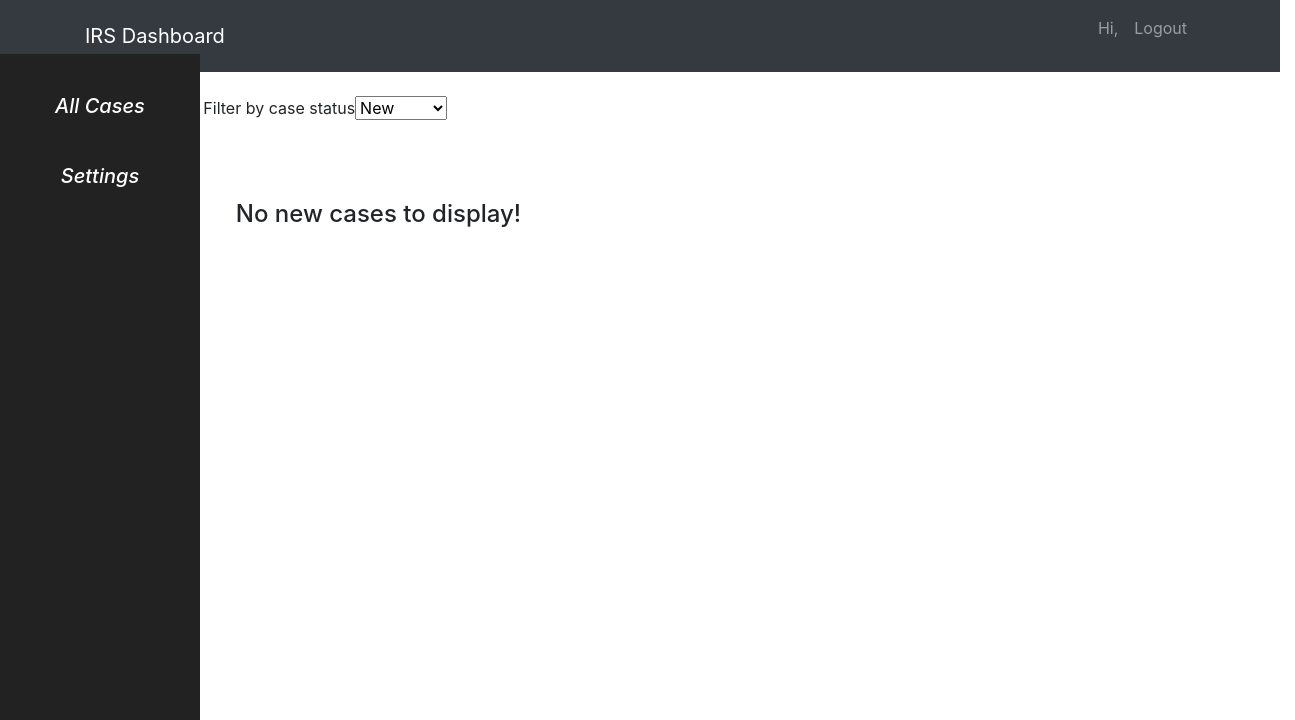
Repository: greeshmavyas/IRS_CS
Page: /AgentDashboard (app in AgentManagement/Frontend/)
An editor plug-in stored every save of this project. The page is shown before and after the next save, followed by the edit.
The browser window is 1280 px wide. The page is 1295 px wide, so the pictures cover 1295 px, including what lies to the right of the window. The pictures show the whole page.
The page's requests for data from a server got no answer. Some web libraries are served in a nearby version. The project was rebuilt for these pictures with package versions that can differ from the ones it lists, and the page was loaded fresh each time. No one was signed in, and anything a server would have sent is missing. Also part of the build but not shown: AgentManagement/Frontend/src/components/NavbarLogin.js, AgentManagement/Frontend/src/components/login.js, AgentManagement/Frontend/src/components/Settings.js, AgentManagement/frontend/src/App.css.

Above is the page before, as saved 2020-10-27 01:54:31.

### AgentManagement/frontend/public/index.html
<!DOCTYPE html>
<html lang="en">
  <head>
    <meta charset="utf-8" />
    <link rel="icon" href="%PUBLIC_URL%/favicon.ico" />
    <meta name="viewport" content="width=device-width, initial-scale=1" />
    <meta name="theme-color" content="#000000" />
    <meta
      name="description"
      content="Web site created using create-react-app"
    />
    <link rel="apple-touch-icon" href="%PUBLIC_URL%/logo192.png" />
    <!--
      manifest.json provides metadata used when your web app is installed on a
      user's mobile device or desktop. See https://developers.google.com/web/fundamentals/web-app-manifest/
    -->
    <link rel="manifest" href="%PUBLIC_URL%/manifest.json" />
    <link rel="stylesheet" href="https://stackpath.bootstrapcdn.com/bootstrap/4.4.1/css/bootstrap.min.css"
      integrity="sha384-Vkoo8x4CGsO3+Hhxv8T/Q5PaXtkKtu6ug5TOeNV6gBiFeWPGFN9MuhOf23Q9Ifjh" crossorigin="anonymous">
    <script src="https://kit.fontawesome.com/db1fc867ad.js" crossorigin="anonymous"></script>
    <!--
      Notice the use of %PUBLIC_URL% in the tags above.
      It will be replaced with the URL of the `public` folder during the build.
      Only files inside the `public` folder can be referenced from the HTML.

      Unlike "/favicon.ico" or "favicon.ico", "%PUBLIC_URL%/favicon.ico" will
      work correctly both with client-side routing and a non-root public URL.
      Learn how to configure a non-root public URL by running `npm run build`.
    -->
    <title>React App</title>
  </head>
  <body>
    <noscript>You need to enable JavaScript to run this app.</noscript>
    <div id="root"></div>
    <script src="https://code.jquery.com/jquery-3.4.1.slim.min.js"
      integrity="sha384-J6qa4849blE2+poT4WnyKhv5vZF5SrPo0iEjwBvKU7imGFAV0wwj1yYfoRSJoZ+n" crossorigin="anonymous"></script>
    <script src="https://cdn.jsdelivr.net/npm/popper.js@1.16.0/dist/umd/popper.min.js"
      integrity="sha384-Q6E9RHvbIyZFJoft+2mJbHaEWldlvI9IOYy5n3zV9zzTtmI3UksdQRVvoxMfooAo" crossorigin="anonymous"></script>
    <script src="https://stackpath.bootstrapcdn.com/bootstrap/4.4.1/js/bootstrap.min.js"
      integrity="sha384-wfSDF2E50Y2D1uUdj0O3uMBJnjuUD4Ih7YwaYd1iqfktj0Uod8GCExl3Og8ifwB6" crossorigin="anonymous"></script>
    <!--
      This HTML file is a template.
      If you open it directly in the browser, you will see an empty page.

      You can add webfonts, meta tags, or analytics to this file.
      The build step will place the bundled scripts into the <body> tag.

      To begin the development, run `npm start` or `yarn start`.
      To create a production bundle, use `npm run build` or `yarn build`.
    -->
  </body>
</html>

### AgentManagement/Frontend/src/App.js
import React from 'react';
import { BrowserRouter } from 'react-router-dom';
import Main from "./Main"
import './App.css';

function App() {
  return (
    <div>
      <BrowserRouter>
        <Main />
      </BrowserRouter>
    </div>
  );
}

export default App;

### AgentManagement/Frontend/src/Main.js
import React, { Component } from 'react';
import { Route } from 'react-router-dom';
import login from './components/login';
import Dashboard from './components/Dashboard';
import Settings from './components/Settings';

 class Main extends Component {
    render() {
        return (
          <div>
            <Route exact path="/" component={login} />
            <Route exact path="/AgentDashboard" component={Dashboard} />
            <Route exact path="/settings" component={Settings} />
          </div>
        );
    }
}

export default Main;

### AgentManagement/Frontend/src/components/Dashboard.js
import React, { Component } from 'react';
import axios from "axios";
import NavbarDash from "./NavbarDash";
import { Modal, ModalHeader, ModalBody, ModalFooter } from "reactstrap";
import Sidebar from './Sidebar'
import config from '../config/settings'
import Card from 'react-bootstrap/Card'
import Dropdown from 'react-bootstrap/Dropdown'


class Dashboard extends Component {
  constructor() {
    super();
    this.state = {
      allCases: {},
      viewcase: null,
      modal: false,
      mstatus: "open",
      flag: false
    };

  }

  showModal = () => {
    console.log("hello");
    this.setState({
      modal: !this.state.modal,
    });
  };
  showModal1 = (viewcase) => {
    console.log("hello1");
    this.setState({
      modal: !this.state.modal,
      viewcase: viewcase,
    });
  };

  handleStatusChange = (modalstatus) => {
    this.setState({
      mstatus: modalstatus
    })
  }

  async componentDidMount() {
    console.log("in get all cases frontend")

    let agentID = localStorage.getItem("agentID");
    let organisationID = localStorage.getItem("organisationID")

    axios.defaults.withCredentials = true;
    let data = {
      agentID: agentID,
      organisationID: organisationID
    };
    console.log("data is..")
    console.log(data);

    axios({
      method: 'get',
      url: 'http://' + config.hostname + ':' + config.backendPort + '/getCases',
      params: data,
    })
      .then((response) => {
        console.log("response from getCases")
        console.log(response)

        if (response.status === 200) {
          let receivedCases = response.data.cases;
          console.log("received cases")
          console.log(response.data.cases)
          if (receivedCases) {
            this.setState({ allCases: receivedCases, flag: true });
          } else {
            this.setState({ allCases: {} });
          }
        }
        else {
          this.setState({ allCases: {} });
        }

      })
      .catch(error => {
        console.log(error);
        this.setState({ allCases: {} })
      })
  }

  render() {
    const closeBtn = (
      <button className="close" onClick={() => this.showModal()}>
        &times;
       </button>
    );
    var casedetails;
    if (this.state.flag) {
      casedetails = this.state.allCases.map((ticket) => {
        return (
          <div>
            <div onClick={() => this.showModal1(ticket)} >
              <Card>
                <Card.Body>
                  <table>
                    <tbody >
                      <tr >
                        <td style={{ width: '10rem' }}> ID: {ticket.CaseID}</td>
                        <td style={{ width: '15rem' }}>Status: {ticket.Status}</td>
                        <td style={{ width: '50rem' }}>{ticket.Information} </td>
                      </tr>
                    </tbody>
                  </table>
                </Card.Body>
              </Card>
            </div>
          </div>
        );
      });
    }
    return (
      <div>
        <NavbarDash />
        <div className="row">
          <div className="col-2">
            <Sidebar />
          </div>

          <form action="/action_page.php">
            <label for="filters">Filter by case status</label>
              <select name="status" id="status">
                <option value="New">New</option>
                <option value="Open">Open</option>
                <option value="Resolved">Resolved</option>
                <option value="Pending">Pending</option>
              </select>
            <br></br>
          </form>

          <div className="container col-9">
          {this.state.allCases.length > 0 ? (
              <div className="col-10">
                {casedetails}
                {this.state.viewcase != null ? (
                  <Modal
                    isOpen={this.state.modal}
                    toggle={() => this.showModal()}
                    className="modal-popup-lg"
                    scrollable
                  >
                    <ModalHeader
                      toggle={() => this.showModal()}
                      close={closeBtn}
                    >
                      Case Details
                   </ModalHeader>
                    <ModalBody className="modal-body">
                      <div className=" row form-group">
                        <p className="font-weight col-7">
                          Information : {this.state.viewcase.Information}
                        </p>
                        <div className="col-3">
                          <button class="btn btn-success dropdown-toggle" type="button" id="dropdownMenuButton" data-toggle="dropdown" aria-haspopup="true" aria-expanded="false">
                            {this.state.mstatus}</button>
                          <div class="dropdown-menu" aria-labelledby="dropdownMenuButton">
                            <button onClick={() => this.handleStatusChange("Working")} class="dropdown-item" >Working</button>
                            <button onClick={() => this.handleStatusChange("Resolved")} class="dropdown-item" >Resolved</button>
                            <button onClick={() => this.handleStatusChange("Postponed")} class="dropdown-item" >Postponed</button>
                          </div>
                        </div>
                      </div>
                      <div className="form-group">
                        <p className="font-weight-bold">
                          Resolution Comments : {this.state.viewcase.ResolutionComments}
                        </p>

                      </div>

                    </ModalBody>
                    <ModalFooter>
                    </ModalFooter>
                  </Modal>
                ) : null}
              </div>
            ) : (
                <div>
                  <h4 style={{ margin: "3em" }}>No new cases to display!</h4>
                </div>
              )}
          </div>

        </div>
      </div>
    );
  }
}

export default Dashboard;

### AgentManagement/Frontend/src/config/settings.js
module.exports = {
    "hostname": "localhost",
    "backendPort": 3001,
    'frontendHostName': 'localhost',
    'frontendPort': 3000,
};

### AgentManagement/Frontend/src/components/NavbarDash.js
import React, { Component } from 'react';

class NavbarDash extends Component {

  handleLogout = () => {
    window.localStorage.clear();
  };

  render() {
    return (
      <nav className="navbar navbar-expand-sm navbar-dark bg-dark mb-4">
        <div className="container">
          <a className="navbar-brand" href="/AgentDashboard">
            IRS Dashboard
          </a>
          <button
            className="navbar-toggler"
            type="button"
            data-toggle="collapse"
            data-target="#mobile-nav"
          >
            <span className="navbar-toggler-icon"></span>
          </button>

          <div className="collapse navbar-collapse" id="mobile-nav">

            <ul className="navbar-nav ml-auto">
              <li className="nav-item">
                <p className="nav-link" >
                  Hi, {localStorage.getItem("firstname")}
                </p>
              </li>
              <li className="nav-item">
                <a className="nav-link" href="/" onClick={this.handleLogout}>
                  Logout
                </a>
              </li>
            </ul>
          </div>
        </div>
      </nav>
    );
  }
}

export default NavbarDash;

### AgentManagement/Frontend/src/components/Sidebar.js
import React from 'react';
import styled from 'styled-components';
import { BrowserRouter as Router, Route, Link, withRouter } from "react-router-dom";

const StyledSideNav = styled.div`
    position: fixed;     /* Fixed Sidebar (stay in place on scroll and position relative to viewport) */
    height: 100%;
    width: 200px;     /* Set the width of the sidebar */
    z-index: 1;      /* Stay on top of everything */
    top: 3.4em;      /* Stay at the top */
    background-color: #222; /* Black */
    overflow-x: hidden;     /* Disable horizontal scroll */
    padding-top: 40px;
    font-style: oblique;
`;

class SideNav extends React.Component {
    constructor(props) {
        super(props);
        this.state = {
            activePath: props.location.pathname,
            items: [
                {
                  path: '/dashboard', /* path is used as id to check which NavItem is active basically */
                  name: 'All Cases',
                  key: 1 /* Key is required, else console throws error. Does this please you Mr. Browser?! */
                },
                {
                    path: '/Settings',
                    name: 'Settings',
                    key: 2
                  },
              ]
        }
    }

    onItemClick = (path) => {
        this.setState({ activePath: path });
    }

    render() {
        const { items, activePath } = this.state;
        return(
            <StyledSideNav>
                {
                    items.map((item) => {
                        return (
                            <NavItem
                                path={item.path}
                                name={item.name}
                                onItemClick={this.onItemClick}
                                active={item.path === activePath}
                                key={item.key}
                            />
                        );
                    })
                }
            </StyledSideNav>
        );
    }
}

const RouterSideNav = withRouter(SideNav);

const StyledNavItem = styled.div`
    height: 70px;
    width: 200px; /* width must be same size as NavBar to center */
    text-align: center; /* Aligns <a> inside of NavIcon div */
    margin-bottom: 0;   /* Puts space between NavItems */
    a {
        font-size: 2.7em;
        color: ${(props) => props.active ? "white" : "#FFFFFF"};
        :hover {
            opacity: 0.7;
            text-decoration: none; /* Gets rid of underlining of icons */
        }
    }
`;

class NavItem extends React.Component {
    handleClick = () => {
        const { path, onItemClick } = this.props;
        onItemClick(path);
    }

    render() {
        const { active } = this.props;
        return(

            <StyledNavItem active={active}>

                <Link to={this.props.path}   className={this.props.name} onClick={this.handleClick}>

                    <NavIcon> <h5 color = "#FFFFFF" >{this.props.name}</h5></NavIcon>
                </Link>
            </StyledNavItem>
        );
    }
}

const NavIcon = styled.div`
`;

export default class Sidebar extends React.Component {
    render() {
        return (
            <RouterSideNav></RouterSideNav>
        );
    }
}

Loaded but not shown: AgentManagement/Frontend/src/index.js (common file); AgentManagement/frontend/src/index.css (common file); AgentManagement/frontend/src/serviceWorker.js (common file)

After the next save:
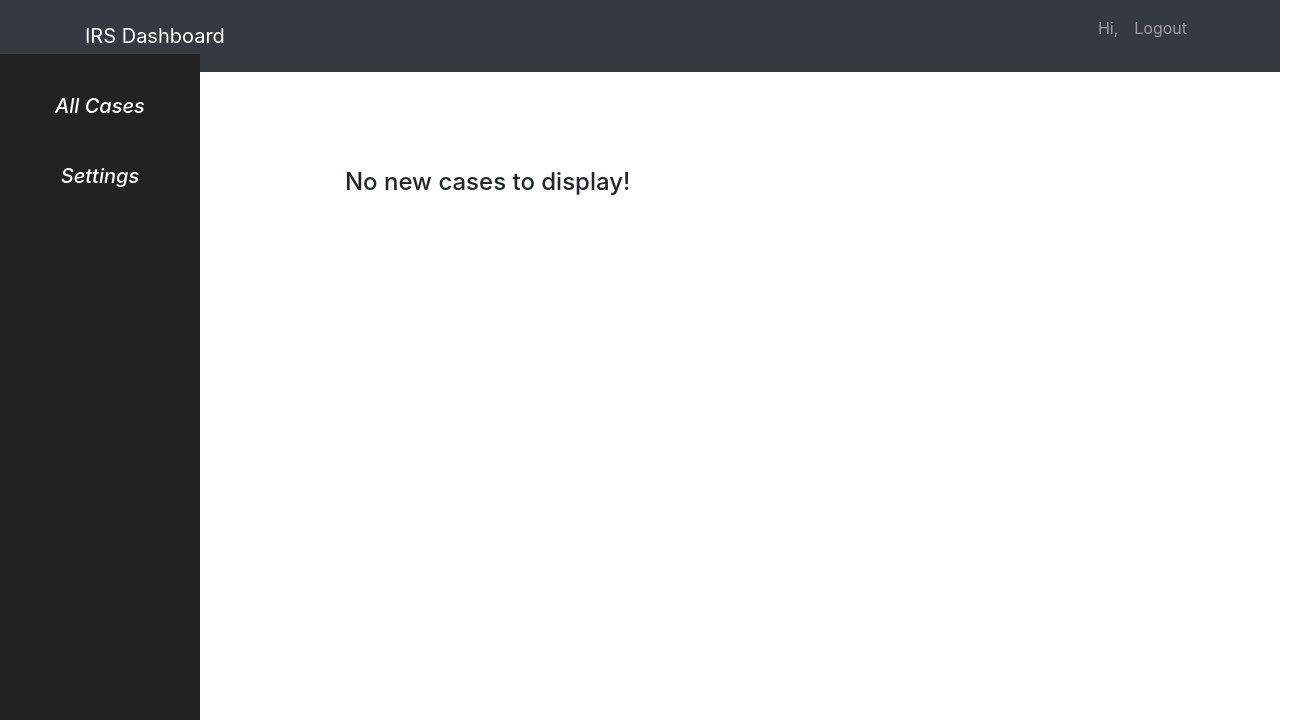
Saved 17 s later.
--- a/AgentManagement/Frontend/src/components/Dashboard.js
+++ b/AgentManagement/Frontend/src/components/Dashboard.js
@@ -122,18 +122,6 @@ class Dashboard extends Component {
           <div className="col-2">
             <Sidebar />
           </div>
-
-          <form action="/action_page.php">
-            <label for="filters">Filter by case status</label>
-              <select name="status" id="status">
-                <option value="New">New</option>
-                <option value="Open">Open</option>
-                <option value="Resolved">Resolved</option>
-                <option value="Pending">Pending</option>
-              </select>
-            <br></br>
-          </form>
-
           <div className="container col-9">
           {this.state.allCases.length > 0 ? (
               <div className="col-10">
